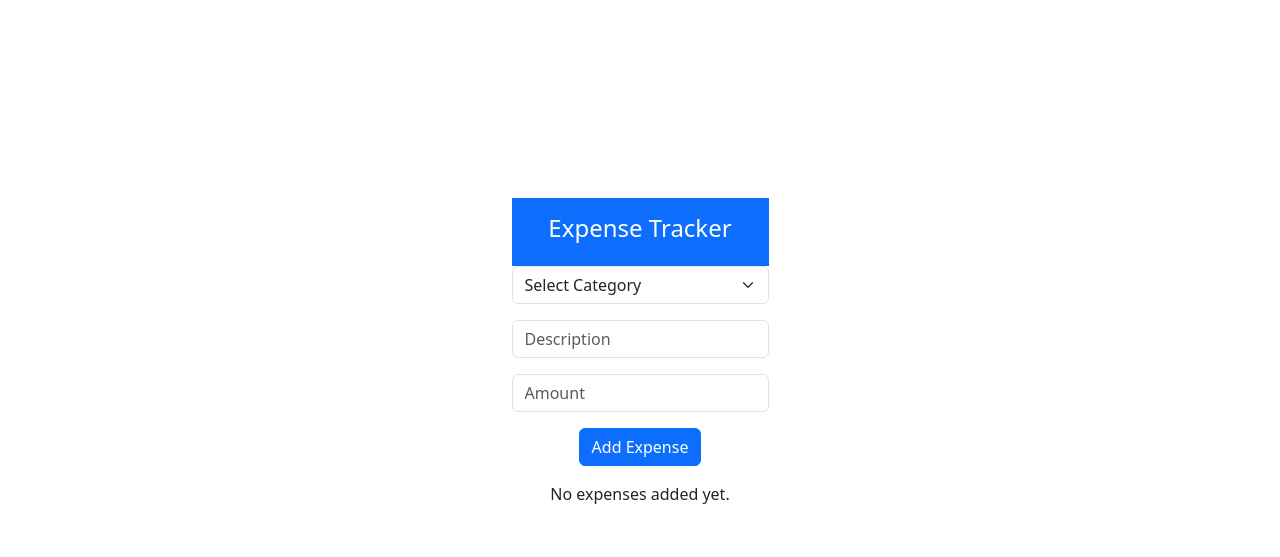
Repository: JuniorDevChris/ExpenseTracker
Page: / (app in frontend/)
An editor plug-in stored every save of this project. The page is shown before and after the next save, followed by the edit.
The browser window is 1280 px wide. The pictures show the whole page.
The project was rebuilt for these pictures with package versions that can differ from the ones it lists, and the page was loaded fresh each time. Also part of the build but not shown: frontend/vite.config.js.

Above is the page before, as saved 2024-07-07 17:24:05.

### frontend/src/main.jsx
import 'bootstrap/dist/css/bootstrap.min.css';
import React from 'react';
import ReactDOM from 'react-dom/client';
import App from './App';
import './index.css';

ReactDOM.createRoot(document.getElementById('root')).render(
  <React.StrictMode>
    <App />
  </React.StrictMode>
);

### frontend/src/App.jsx
import React, { useState } from 'react';
import Header from './components/Header';
import ExpenseForm from './components/ExpenseForm';
import ExpenseList from './components/ExpenseList';
import './App.css';

function App() {
  const [expenses, setExpenses] = useState([]);

  const addExpense = (expense) => {
    setExpenses([...expenses, { ...expense, id: Date.now() }]);
  };

  const deleteExpense = (id) => {
    setExpenses(expenses.filter((expense) => expense.id !== id));
  };

  return (
    <div className="App container">
      <Header />
      <ExpenseForm addExpense={addExpense} />
      <ExpenseList expenses={expenses} deleteExpense={deleteExpense} />
    </div>
  );
}

export default App;

### frontend/src/components/Header.jsx
import React from 'react';

const Header = () => {
  return (
    <header className="bg-primary text-white p-3">
      <h4>Expense Tracker</h4>
    </header>
  );
};

export default Header;

### frontend/src/components/ExpenseForm.jsx
import React, { useState } from 'react';

const ExpenseForm = ({ addExpense }) => {
  const [description, setDescription] = useState('');
  const [amount, setAmount] = useState('');
  const [category, setCategory] = useState('');

  const handleSubmit = (e) => {
    e.preventDefault();
    addExpense({ description, amount: parseFloat(amount), category });
    setDescription('');
    setAmount('');
    setCategory('');
  };

  return (
    <form onSubmit={handleSubmit} className="mb-3">
        <div className="mb-3">
        <select
          className="form-select"
          value={category}
          onChange={(e) => setCategory(e.target.value)}
          required
        >
          <option value="" disabled>Select Category</option>
          <option value="Groceries">Groceries</option>
          <option value="Utilities">Utilities</option>
          <option value="Entertainment">Entertainment</option>
        </select>
      </div>
      <div className="mb-3">
        <input
          type="text"
          className="form-control"
          placeholder="Description"
          value={description}
          onChange={(e) => setDescription(e.target.value)}
          required
        />
      </div>
      <div className="mb-3">
        <input
          type="number"
          className="form-control"
          placeholder="Amount"
          value={amount}
          onChange={(e) => setAmount(e.target.value)}
          required
        />
      </div>
      <button type="submit" className="btn btn-primary">Add Expense</button>
    </form>
  );
};

export default ExpenseForm;

### frontend/src/components/ExpenseList.jsx
import React from 'react';

const ExpenseList = ({ expenses, deleteExpense }) => {
  if (expenses.length === 0) {
    return <p className="text-center">No expenses added yet.</p>;
  }

  return (
    <table className="table table-bordered">
      <thead>
        <tr>
          <th>Category</th>
          <th>Description</th>
          <th>Amount</th>
          <th></th>
        </tr>
      </thead>
      <tbody>
        {expenses.map((expense) => (
          <tr key={expense.id}>
            <td>{expense.category}</td>
            <td>{expense.description}</td>
            <td>${expense.amount.toFixed(2)}</td>
            <td>
              <button
                className="btn btn-outline-danger"
                onClick={() => deleteExpense(expense.id)}
              >
                Delete
              </button>
            </td>
          </tr>
        ))}
      </tbody>
      <tfoot>
        <tr>
          <td>Total</td>
          <td></td>
          <td>
            $
            {expenses
              .reduce((acc, expense) => acc + parseFloat(expense.amount), 0)
              .toFixed(2)}
          </td>
          <td></td>
        </tr>
      </tfoot>
    </table>
  );
};

export default ExpenseList;

Loaded but not shown: frontend/index.html (common file); frontend/src/index.css (common file); frontend/src/App.css (common file)

After the next save:
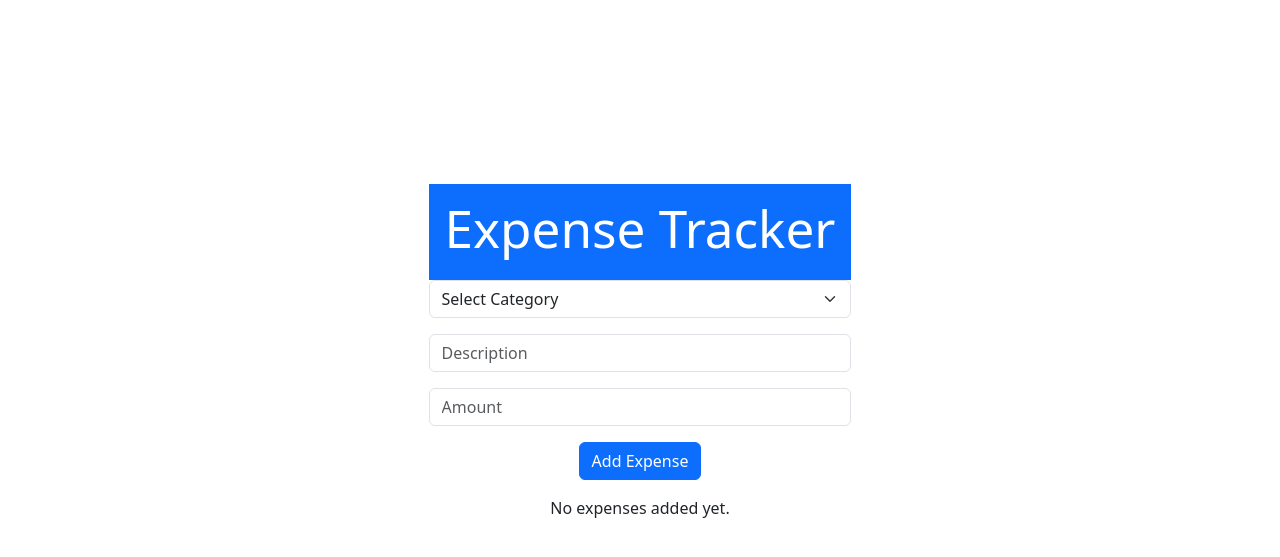
Saved 4 s later.
--- a/frontend/src/components/Header.jsx
+++ b/frontend/src/components/Header.jsx
@@ -3,7 +3,7 @@ import React from 'react';
 const Header = () => {
   return (
     <header className="bg-primary text-white p-3">
-      <h4>Expense Tracker</h4>
+      <h1>Expense Tracker</h1>
     </header>
   );
 };
